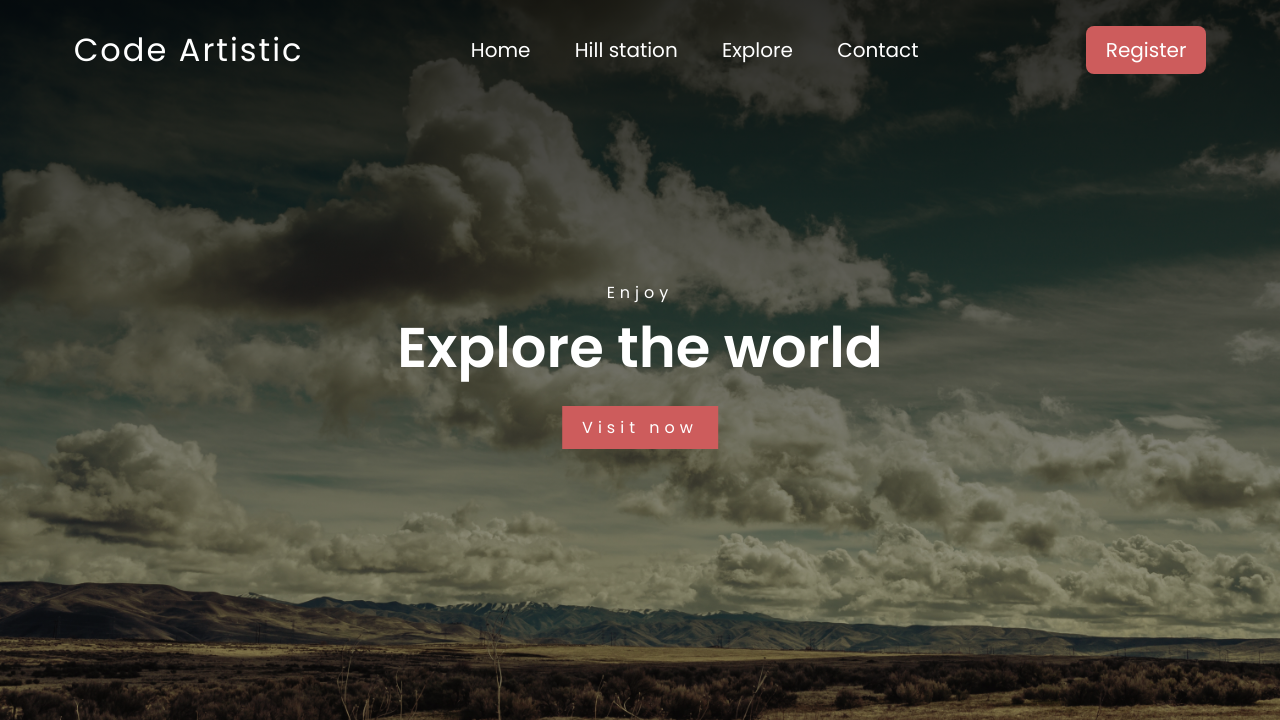
Repository: Ruxmary7/energy
Page: starter/index.html
An editor plug-in stored every save of this project. The page is shown before and after a run of saves, followed by the edit.
The browser window is 1280 px wide. The pictures show the whole page.

Above is the page before, as saved 2025-01-10 22:16:05.

After the next 2 saves:
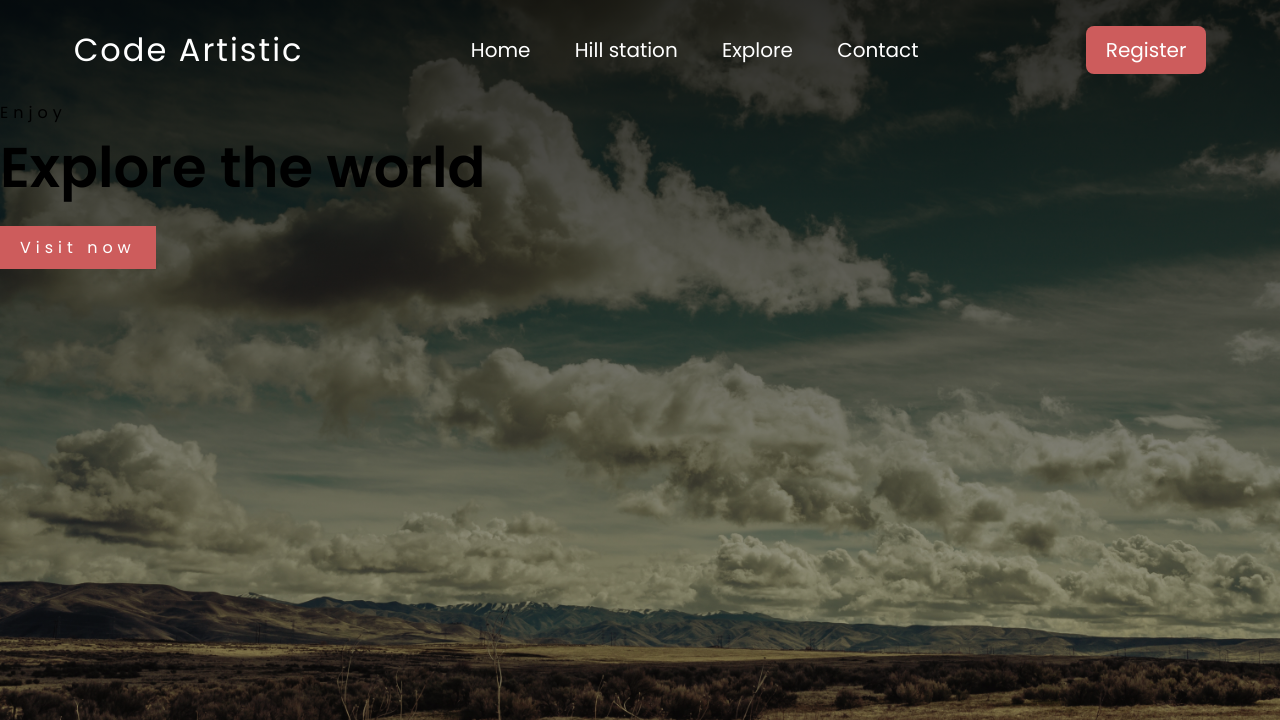
The 2 saves are shown as one change because they came seconds apart.
The last was saved 8 s later.
--- a/starter/style.css
+++ b/starter/style.css
@@ -39,7 +39,7 @@
    border-radius: 8px;
    background: indianred;
  }
-
+ .register a::after
  .h-text {
     position: absolute;
     top: 50%;

After the 2 saves that followed:
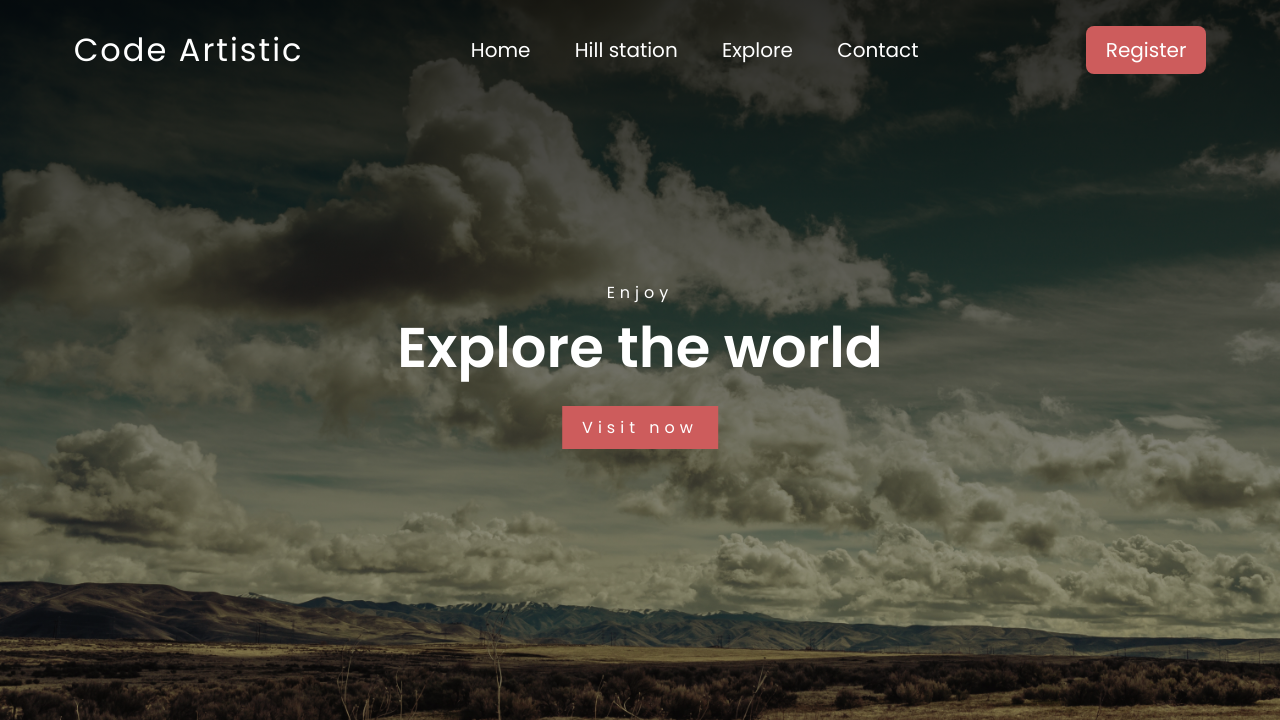
The 2 saves are shown as one change because 1 left the picture as it was.
The last was saved 13 s later.
--- a/starter/style.css
+++ b/starter/style.css
@@ -39,7 +39,9 @@
    border-radius: 8px;
    background: indianred;
  }
- .register a::after
+ .register a:hover {
+
+ }
  .h-text {
     position: absolute;
     top: 50%;
